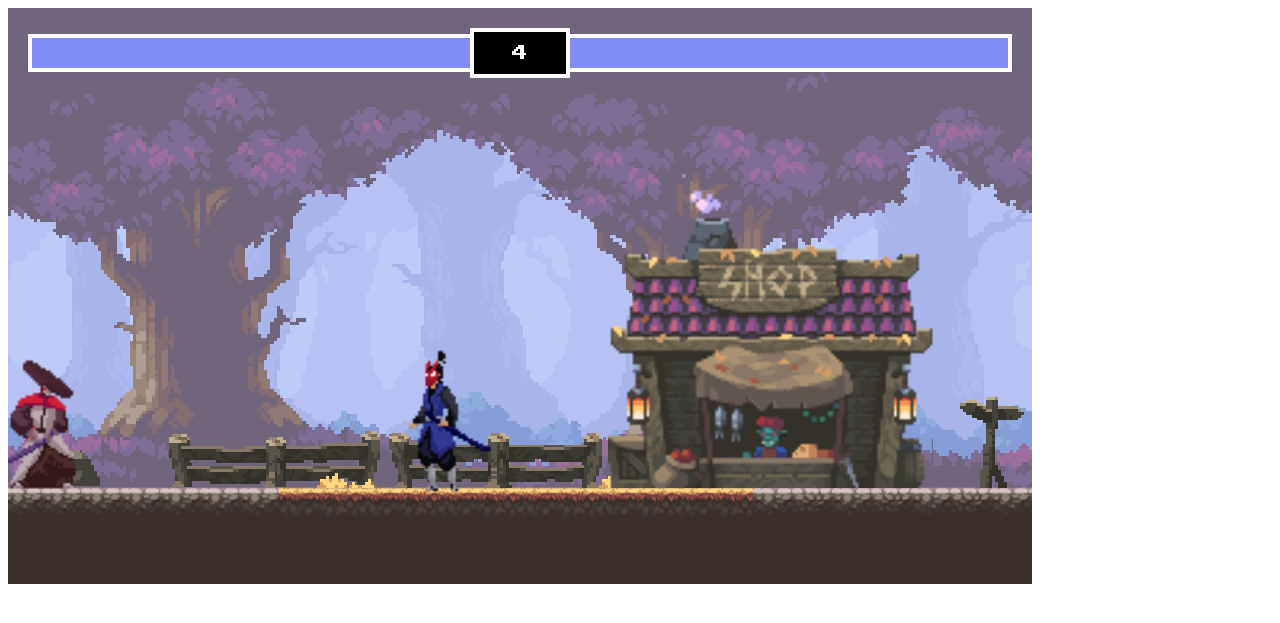
Repository: LuizAGDomingues/js-fighting-game
Page: index.html
These files come from the project's save history. The page is drawn as it stood at one moment and after a run of saves; the edit follows.
The browser window is 1280 px wide. The pictures show the whole page.

Above is the page before, as saved 2022-12-20 15:52:16.

### index.html
<!DOCTYPE html>
<html lang="en">
  <head>
    <meta charset="UTF-8" />
    <link rel="icon" type="image/svg+xml" href="./images/Logo.jpg" />
    <link rel="preconnect" href="https://fonts.googleapis.com" />
    <link rel="preconnect" href="https://fonts.gstatic.com" crossorigin />
    <link href="https://fonts.googleapis.com/css2?family=Press+Start+2P&display=swap" rel="stylesheet" />
    <link href="./src/css/battle.css" rel="stylesheet" />
    <meta name="viewport" content="width=device-width, initial-scale=1.0" />
    <title>Figthing Game</title>
  </head>
  <body>
    <div class="content">
      <div class="life-bars">
        <!-- player health -->
        <div class="playerHealth-content">
          <div class="playerHealth-aux"></div>
          <div id="playerHealth" class="playerHealth-bar"></div>
        </div>
        <!-- timer -->
        <div id="timer" class="timer">10</div>
        <!-- enemy health -->
        <div class="enemyHealth-content">
          <div class="enemyHealth-aux"></div>
          <div id="enemyHealth" class="enemyHealth-bar"></div>
        </div>
      </div>
      <div id="displayText" class="result">Tie</div>
      <canvas></canvas>
    </div>
    <script
      src="https://cdnjs.cloudflare.com/ajax/libs/gsap/3.11.3/gsap.min.js"
      integrity="sha512-gmwBmiTVER57N3jYS3LinA9eb8aHrJua5iQD7yqYCKa5x6Jjc7VDVaEA0je0Lu0bP9j7tEjV3+1qUm6loO99Kw=="
      crossorigin="anonymous"
      referrerpolicy="no-referrer"
    ></script>
    <script src="./src/utils.js"></script>
    <script src="./src/classes.js"></script>
    <script src="./src/main.js"></script>
  </body>
</html>

### src/css/battle.css
* {
  box-sizing: border-box;
  font-family: 'Press Start 2P', sans-serif;
}

.content {
  position: relative;
  display: inline-block;
}

.life-bars {
  position: absolute;
  display: flex;
  width: 100%;
  align-items: center;
  padding: 20px;
}

.playerHealth-content {
  position: relative;
  width: 100%;
  display: flex;
  justify-content: flex-end;
  border-top: 4px solid white;
  border-left: 4px solid white;
  border-bottom: 4px solid white;
}

.playerHealth-aux {
  background-color: red;
  height: 30px;
  width: 100%;
}

.playerHealth-bar {
  position: absolute;
  background: #818CF8;
  top: 0;
  right: 0;
  bottom: 0;
  width: 100%;
}

.timer {
  background-color: black;
  width: 100px;
  height: 50px;
  flex-shrink: 0;
  display: flex;
  align-items: center;
  justify-content: center;
  color: white;
  border: 4px solid white;
}

.enemyHealth-content {
  position: relative;
  width: 100%;
  border-top: 4px solid white;
  border-right: 4px solid white;
  border-bottom: 4px solid white;
}

.enemyHealth-aux {
  background-color: red;
  height: 30px;
}

.enemyHealth-bar {
  position: absolute;
  background: #818CF8;
  top: 0;
  right: 0;
  bottom: 0;
  left: 0;
}

.result {
  position: absolute;
  color: white;
  align-items: center;
  justify-content: center;
  top: 0;
  right: 0;
  bottom: 0;
  left: 0;
  display: none;
}

### src/utils.js
function rectangularCollision({ rectangle1, rectangle2 }) {
  return (
    rectangle1.attackBox.position.x + rectangle1.attackBox.width >= rectangle2.position.x
    && rectangle1.attackBox.position.x <= rectangle2.position.x + rectangle2.width
    && rectangle1.attackBox.position.y + rectangle1.attackBox.height >= rectangle2.position.y
    && rectangle1.attackBox.position.y <= rectangle2.position.y + rectangle2.height
  )
};

function determineWinner({player, enemy, timerId}) {
  clearTimeout(timerId)
  document.querySelector('#displayText').style.display = 'flex'
  if(player.health === enemy.health) {
    document.querySelector('#displayText').innerHTML = 'Tie'
  } else if (player.health > enemy.health) {
    document.querySelector('#displayText').innerHTML = 'Player 1 wins'
  } else if (player.health < enemy.health) {
    document.querySelector('#displayText').innerHTML = 'Player 2 wins'
  }
};

// Timer actions
let timer = 10
let timerId
function decreaseTimer() {
  if(timer > 0) {
    timerId = setTimeout(decreaseTimer, 1000)
    timer--
    document.querySelector('#timer').innerHTML = timer
  }
  if(timer === 0) {
    determineWinner({player, enemy, timerId})
    return true
  }
};

### src/classes.js
class Sprite {
  constructor({position, imageSrc, scale = 1, framesMax = 1, offset = { x: 0, y: 0 }}) {
    this.position = position
    this.width = 50
    this.height = 150
    this.image = new Image()
    this.image.src = imageSrc
    this.scale = scale
    this.framesMax = framesMax
    this.framesCurrent = 0
    this.framesElapsed = 0
    this.framesHold = 5
    this.offset = offset
  }

  draw() {
    c.drawImage(
      this.image,
      this.framesCurrent * (this.image.width / this.framesMax),
      0,
      this.image.width / this.framesMax,
      this.image.height,
      this.position.x - this.offset.x,
      this.position.y - this.offset.y,
      (this.image.width / this.framesMax) * this.scale,
      this.image.height * this.scale
    )
  }

  animateFrames() {
    this.framesElapsed++
    if(this.framesElapsed % this.framesHold === 0) {
      if(this.framesCurrent < this.framesMax - 1) {
        this.framesCurrent++
      } else {
        this.framesCurrent = 0
      }
    }
  }

  update() {
    this.draw()
    this.animateFrames()
  }
}

class Fighter extends Sprite {
  constructor({
    position,
    velocity,
    color = 'red',
    imageSrc,
    scale = 1,
    framesMax = 1,
    offset = { x: 0, y: 0 },
    sprites,
    attackBox = { offset: {}, width: undefined, height: undefined }
  }) {
    super({
      position,
      imageSrc,
      scale,
      framesMax,
      offset
    })

    this.velocity = velocity
    this.width = 50
    this.height = 150
    this.lastKey
    this.attackBox = {
      position: {
        x: this.position.x,
        y: this.position.y
      },
      offset: attackBox.offset,
      width: attackBox.width,
      height: attackBox.height
    }
    this.color = color
    this.isAttacking
    this.health = 100
    this.framesCurrent = 0
    this.framesElapsed = 0
    this.framesHold = 5
    this.sprites = sprites
    this.dead = false

    for (const sprite in this.sprites) {
      sprites[sprite].image = new Image()
      sprites[sprite].image.src = sprites[sprite].imageSrc
    }
  }

  update() {
    this.draw()
    if(!this.dead) this.animateFrames()

    this.attackBox.position.x = this.position.x + this.attackBox.offset.x
    this.attackBox.position.y = this.position.y + this.attackBox.offset.y

    // Draw the attack box
    //c.fillRect(this.attackBox.position.x, this.attackBox.position.y, this.attackBox.size.width, this.attackBox.height)

    this.position.x += this.velocity.x
    this.position.y += this.velocity.y

    // gravity function
    if(this.position.y + this.height + this.velocity.y >= canvas.height - 96) {
      this.velocity.y = 0
      this.position.y = 330
    } else this.velocity.y += gravity
  }

  attack() {
    if(this.image === this.sprites.takeHit.image || this.image === this.sprites.death.image) {
      return
    } else {
      this.switchSprite('attack1')
      this.isAttacking = true
    }
  }

  takeHit() {
    this.health -= 20
    if(this.health <= 0) {
      this.switchSprite('death')
    } else {
      this.switchSprite('takeHit')
    }
  }

  switchSprite(sprite) {
    if(this.image === this.sprites.death.image) {
      if(this.framesCurrent === this.sprites.death.framesMax - 1)
        this.dead = true
      return
    }
    // overriding all other animations with the attack animation
    if(
      this.image === this.sprites.attack1.image &&
      this.framesCurrent < this.sprites.attack1.framesMax - 1
    ) return
    // overriding when figther gets hit
    if(
      this.image === this.sprites.takeHit.image &&
      this.framesCurrent < this.sprites.takeHit.framesMax - 1
    ) return

    switch(sprite) {
      case 'idle':
        if(this.image !== this.sprites.idle.image) {
          this.image = this.sprites.idle.image
          this.framesMax = this.sprites.idle.framesMax
          this.framesCurrent = 0
        }
        break
      case 'run':
        if(this.image !== this.sprites.run.image) {
          this.image = this.sprites.run.image
          this.framesMax = this.sprites.run.framesMax
          this.framesCurrent = 0
        }
        break
      case 'jump':
        if(this.image !== this.sprites.jump.image) {
          this.image = this.sprites.jump.image
          this.framesMax = this.sprites.jump.framesMax
          this.framesCurrent = 0
        }
        break
      case 'fall':
        if(this.image !== this.sprites.fall.image) {
          this.image = this.sprites.fall.image
          this.framesMax = this.sprites.fall.framesMax
          this.framesCurrent = 0
        }
        break
      case 'attack1':
        if(this.image !== this.sprites.attack1.image) {
          this.image = this.sprites.attack1.image
          this.framesMax = this.sprites.attack1.framesMax
          this.framesCurrent = 0
        }
        break
      case 'takeHit':
        if(this.image !== this.sprites.takeHit.image) {
          this.image = this.sprites.takeHit.image
          this.framesMax = this.sprites.takeHit.framesMax
          this.framesCurrent = 0
        }
        break
      case 'death':
        if(this.image !== this.sprites.death.image) {
          this.image = this.sprites.death.image
          this.framesMax = this.sprites.death.framesMax
          this.framesCurrent = 0
        }
        break
    }
  }
}

### src/main.js
const canvas = document.querySelector('canvas');
const c = canvas.getContext('2d');

canvas.width = 1024
canvas.height = 576

c.fillRect(0, 0, canvas.width, canvas.height)

const gravity = .7

var stopGame = false

const background = new Sprite({
  position: {
    x: 0,
    y: 0
  },
  imageSrc: '../images/background.png'
})

const shop = new Sprite({
  position: {
    x: 600,
    y: 128
  },
  imageSrc: '../images/shop.png',
  scale: 2.75,
  framesMax: 6
})

const player = new Fighter({
  position: {
    x: 0,
    y: 0
  },
  velocity: {
    x: 0,
    y: 0
  },
  offset: {
    x: 0,
    y: 0
  },
  imageSrc: '../images/samuraiMack/Idle.png',
  framesMax: 8,
  scale: 2.5,
  offset: {
    x: 215,
    y: 155
  },
  sprites: {
    idle: {
      imageSrc: '../images/samuraiMack/Idle.png',
      framesMax: 8
    },
    run: {
      imageSrc: '../images/samuraiMack/Run.png',
      framesMax: 8
    },
    jump: {
      imageSrc: '../images/samuraiMack/Jump.png',
      framesMax: 2
    },
    fall: {
      imageSrc: '../images/samuraiMack/Fall.png',
      framesMax: 2
    },
    attack1: {
      imageSrc: '../images/samuraiMack/Attack1.png',
      framesMax: 6
    },
    takeHit: {
      imageSrc: '../images/samuraiMack/Take Hit.png',
      framesMax: 4
    },
    death: {
      imageSrc: '../images/samuraiMack/Death.png',
      framesMax: 6
    }
  },
  attackBox: {
    offset: {
      x: 100,
      y: 50
    },
    width: 140,
    height: 50
  }
})

const enemy = new Fighter({
  position: {
    x: 400,
    y: 100
  },
  velocity: {
    x: 0,
    y: 0
  },
  color: 'blue',
  offset: {
    x: -50,
    y: 0
  },
  imageSrc: '../images/kenji/Idle.png',
  framesMax: 4,
  scale: 2.5,
  offset: {
    x: 215,
    y: 167
  },
  sprites: {
    idle: {
      imageSrc: '../images/kenji/Idle.png',
      framesMax: 4
    },
    run: {
      imageSrc: '../images/kenji/Run.png',
      framesMax: 8
    },
    jump: {
      imageSrc: '../images/kenji/Jump.png',
      framesMax: 2
    },
    fall: {
      imageSrc: '../images/kenji/Fall.png',
      framesMax: 2
    },
    attack1: {
      imageSrc: '../images/kenji/Attack1.png',
      framesMax: 4
    },
    takeHit: {
      imageSrc: '../images/kenji/Take hit.png',
      framesMax: 3
    },
    death: {
      imageSrc: '../images/kenji/Death.png',
      framesMax: 7
    }
  },
  attackBox: {
    offset: {
      x: -170,
      y: 50
    },
    width: 170,
    height: 50
  }
})

const keys = {
  a: {
    pressed: false
  },
  d: {
    pressed: false
  },
  ArrowRight: {
    pressed: false
  },
  ArrowLeft: {
    pressed: false
  }
}

decreaseTimer();


function animate() {
  window.requestAnimationFrame(animate)
  c.fillStyle = 'black'
  c.fillRect(0, 0, canvas.width, canvas.height)
  background.update()
  shop.update()
  c.fillStyle = 'rgba(255, 255, 255, 0.1)'
  c.fillRect(0, 0, canvas.width, canvas.height)
  player.update()
  enemy.update()

  player.velocity.x = 0
  enemy.velocity.x = 0

  // player movement
  if(keys.a.pressed && player.lastKey === 'a') {
    player.velocity.x = -5
    player.switchSprite('run')
  } else if(keys.d.pressed && player.lastKey === 'd') {
    player.velocity.x = 5
    player.switchSprite('run')
  } else {
    player.switchSprite('idle')
  }
  // player jumping
  if(player.velocity.y < 0) {
    player.switchSprite('jump')
  } else if(player.velocity.y > 0) {
    player.switchSprite('fall')
  }

  // enemy movement
  if(keys.ArrowLeft.pressed && enemy.lastKey === 'ArrowLeft') {
    enemy.velocity.x = -5
    enemy.switchSprite('run')
  } else if(keys.ArrowRight.pressed && enemy.lastKey === 'ArrowRight') {
    enemy.velocity.x = 5
    enemy.switchSprite('run')
  } else {
    enemy.switchSprite('idle')
  }
  // enemy jumping
  if(enemy.velocity.y < 0) {
    enemy.switchSprite('jump')
  } else if(enemy.velocity.y > 0) {
    enemy.switchSprite('fall')
  }

  // detect for collision & enemy is hit
  if(rectangularCollision({rectangle1: player, rectangle2: enemy}) && player.isAttacking && player.framesCurrent === 4) {
    enemy.takeHit()
    player.isAttacking = false
    gsap.to('#enemyHealth', {
      width: enemy.health + '%'
    })
  }

  //if player misses enemy
  if(player.isAttacking && player.framesCurrent === 4) {
    player.isAttacking = false
  }

  // detect for collision & player is hit
  if(rectangularCollision({rectangle1: enemy, rectangle2: player}) && enemy.isAttacking && enemy.framesCurrent === 2) {
    player.takeHit()
    enemy.isAttacking = false
    gsap.to('#playerHealth', {
      width: player.health + '%'
    })
  }

  //if enemy misses enemy
  if(enemy.isAttacking && enemy.framesCurrent === 2) {
    enemy.isAttacking = false
  }

  // end game base on health
  if(enemy.health <= 0 || player.health <= 0){
    determineWinner({player, enemy, timerId})
    stopGame = true
  }
}
animate()

window.addEventListener('keydown', (event) => {
  if(!player.dead && !stopGame) {
    switch (event.key) {
      case 'd':
        keys.d.pressed = true
        player.lastKey = 'd'
        break
      case 'a':
        keys.a.pressed = true
        player.lastKey = 'a'
        break
      case 'w':
        player.velocity.y = -20
        break
      case ' ':
        player.attack()
        break
    }
  }
  if(!enemy.dead && !stopGame) {
    switch (event.key) {
      case 'ArrowRight':
        keys.ArrowRight.pressed = true
        enemy.lastKey = 'ArrowRight'
        break
      case 'ArrowLeft':
        keys.ArrowLeft.pressed = true
        enemy.lastKey = 'ArrowLeft'
        break
      case 'ArrowUp':
        enemy.velocity.y = -20
        break
      case 'ArrowDown':
        enemy.attack()
        break
    }
  }
})

window.addEventListener('keyup', (event) => {
  switch (event.key) {
    case 'd':
      keys.d.pressed = false
      break
    case 'a':
      keys.a.pressed = false
      break

    case 'ArrowRight':
      keys.ArrowRight.pressed = false
      break
    case 'ArrowLeft':
      keys.ArrowLeft.pressed = false
      break
  }
})

After the next 2 saves:
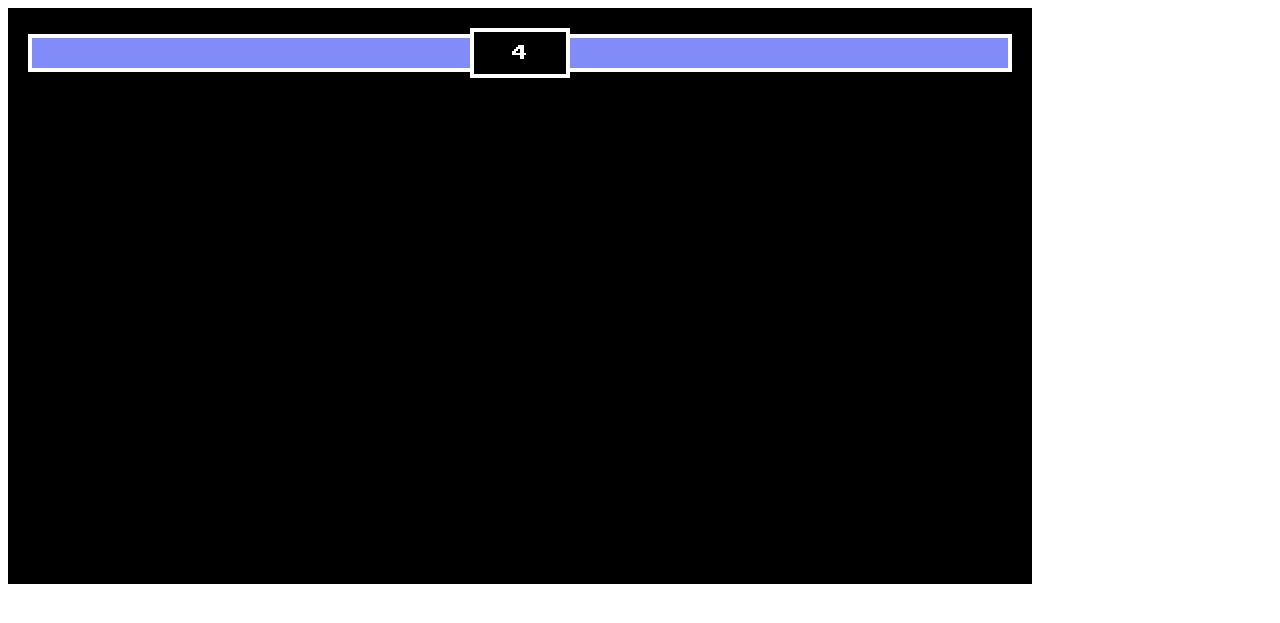
Console error: ReferenceError: decrea is not defined
The 2 saves are shown as one change because they came seconds apart.
The last was saved 11 s later.
--- a/src/main.js
+++ b/src/main.js
@@ -165,7 +165,7 @@
 }
 
 decreaseTimer();
-
+console.log(decrea)
 
 function animate() {
   window.requestAnimationFrame(animate)

After the 3 saves that followed:
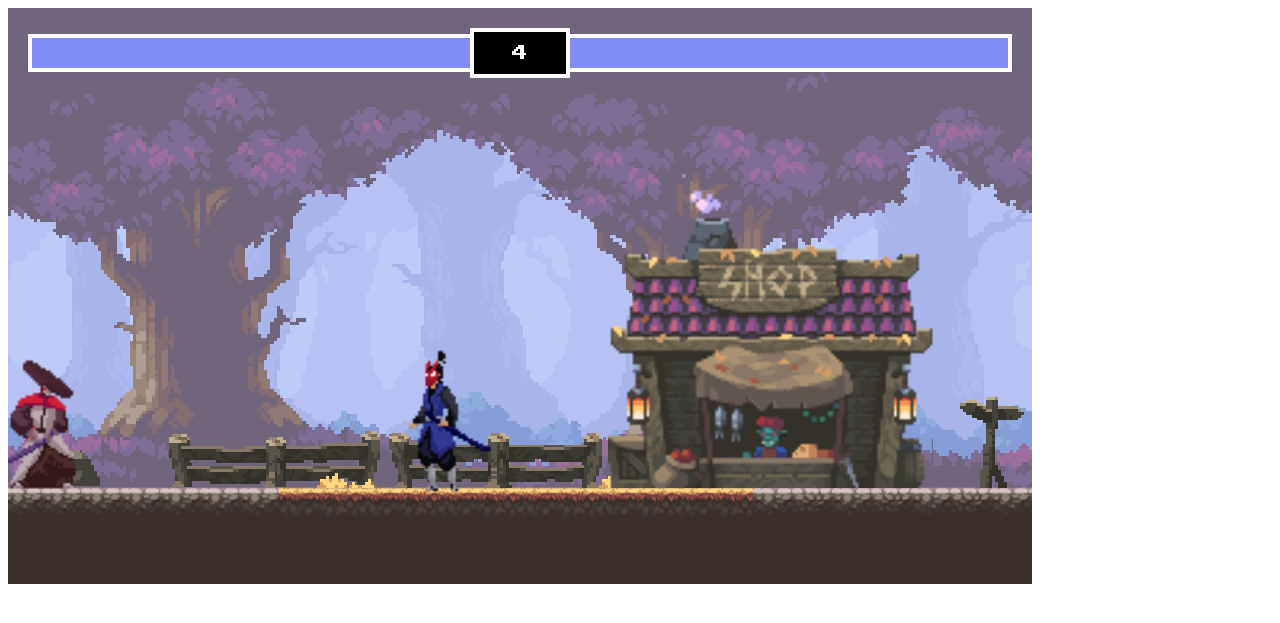
The error is gone.
The 3 saves are shown as one change because they came seconds apart.
The last was saved 13 s later.
--- a/src/main.js
+++ b/src/main.js
@@ -164,8 +164,8 @@
   }
 }
 
-decreaseTimer();
-console.log(decrea)
+let endGame = decreaseTimer();
+console.log(endGame)
 
 function animate() {
   window.requestAnimationFrame(animate)
